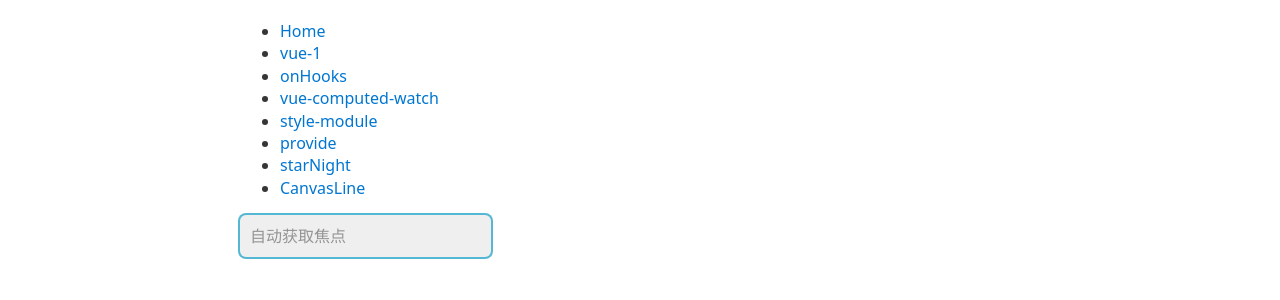
Repository: 596178924/vue3-ts-html
Page: /
An editor plug-in stored every save of this project. The page is shown before and after the next save, followed by the edit.
The browser window is 1280 px wide. The pictures show the whole page.
The project was rebuilt for these pictures with package versions that can differ from the ones it lists, and the page was loaded fresh each time. Also part of the build but not shown: vue.config.js.

Above is the page before, as saved 2022-02-16 14:11:11.

After the next save:
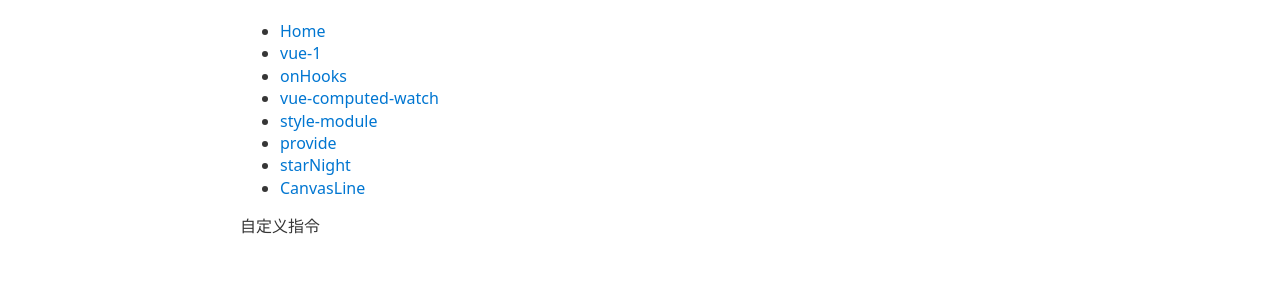
Saved 2 min 35 s later.
--- a/src/views/Home.vue
+++ b/src/views/Home.vue
@@ -1,7 +1,7 @@
 <template>
     <div class="">
-        <!-- <p v-copy>自定义指令</p> -->
-        <input v-focus type="text" placeholder="自动获取焦点">
+        <p v-copy:value="'自定义指令 copy text'">自定义指令</p>
+        <!-- <input v-focus type="text" placeholder="自动获取焦点"> -->
     </div>
 </template>
 
